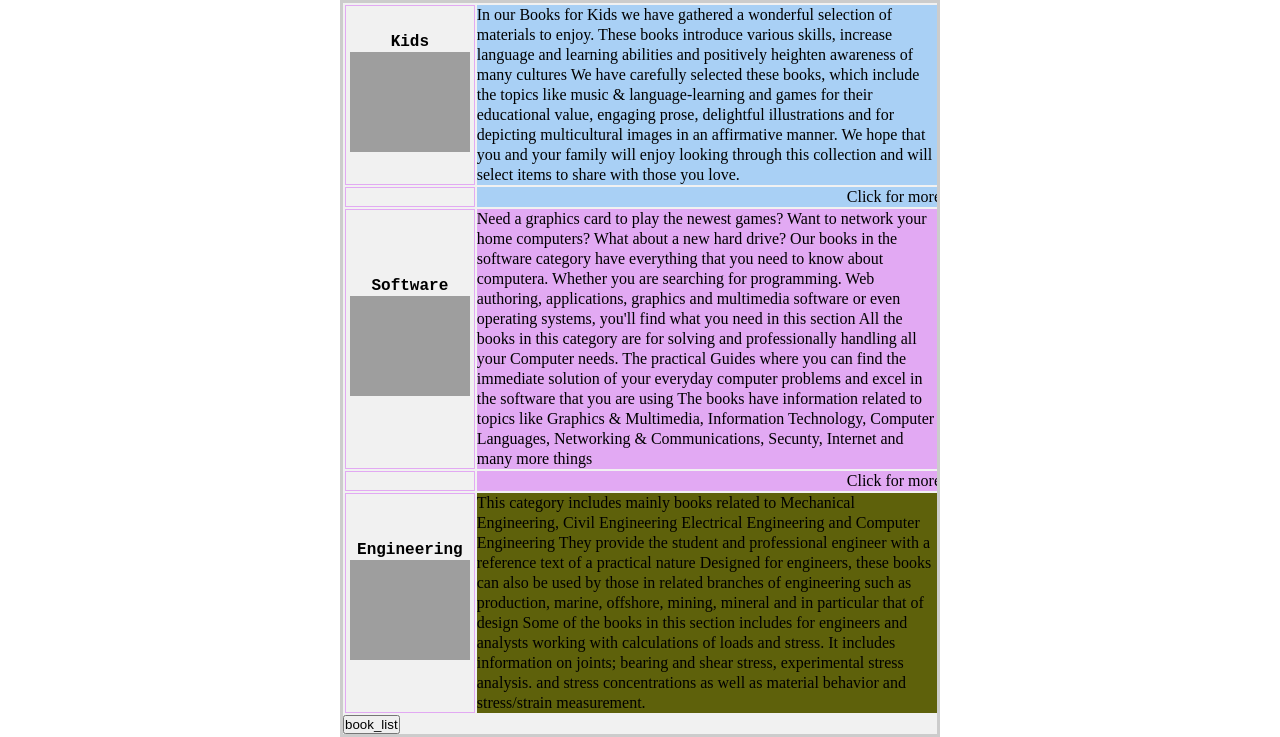
Repository: Helianthusss/Learn-CPP
Page: HTML/lap2/bai4/bai4.html
These files come from the project's save history. The page is drawn as it stood at one moment and after the next save; the edit follows.
The browser window is 1280 px wide. The pictures show the whole page.
Pictures or frames that could not be fetched are drawn as grey boxes.

Above is the page before, as saved 2021-10-10 08:33:53.

### HTML/lap2/bai4/bai4.html
<!DOCTYPE html>
<html lang="en">
  <head>
    <meta charset="UTF-8" />
    <meta http-equiv="X-UA-Compatible" content="IE=edge" />
    <meta name="viewport" content="width=device-width, initial-scale=1.0" />
    <title>Document</title>
    <link rel="stylesheet" href="bai4.css" />
  </head>
  <body>
    <div class="tab">
      <table>
        <tr id="tb1">
          <td class="tb12">
            <b> Kids</b>
            <img
              src="https://image.freepik.com/free-vector/children-day-draw-icon-collection_23-2147527765.jpg"
              width="120px"
              height="100px"
            />
          </td>
          <td class="tb11">
            In our Books for Kids we have gathered a wonderful selection of
            materials to enjoy. These books introduce various skills, increase
            language and learning abilities and positively heighten awareness of
            many cultures We have carefully selected these books, which include
            the topics like music & language-learning and games for their
            educational value, engaging prose, delightful illustrations and for
            depicting multicultural images in an affirmative manner. We hope
            that you and your family will enjoy looking through this collection
            and will select items to share with those you love.
          </td>
        </tr>
        <tr id="tb2">
          <td class="tb22"></td>
          <td class="tb21">Click for more</td>
        </tr>
        <tr id="tb3">
          <td class="tb31">
            <b> Software</b>
            <img
              src="https://khoaluantotnghiep.com/wp-content/uploads/2019/10/hinh-anh-quan-ly-nha-truong-2.jpg"
              width="120px"
              height="100px"
            />
          </td>
          <td class="tb32">
            Need a graphics card to play the newest games? Want to network your
            home computers? What about a new hard drive? Our books in the
            software category have everything that you need to know about
            computera. Whether you are searching for programming. Web authoring,
            applications, graphics and multimedia software or even operating
            systems, you'll find what you need in this section All the books in
            this category are for solving and professionally handling all your
            Computer needs. The practical Guides where you can find the
            immediate solution of your everyday computer problems and excel in
            the software that you are using The books have information related
            to topics like Graphics & Multimedia, Information Technology,
            Computer Languages, Networking & Communications, Secunty, Internet
            and many more things
          </td>
        </tr>
        <tr id="tb4">
          <td class="tb42"></td>
          <td class="tb41">Click for more</td>
        </tr>
        <tr id="tb5">
          <td class="tb51">
            <b> Engineering</b>
            <img
              src="https://www.du-hoc.net/wp-content/uploads/2018/06/vietnamese-engineer.jpg"
              width="120px"
              height="100px"
            />
          </td>
          <td class="tb52">
            This category includes mainly books related to Mechanical
            Engineering, Civil Engineering Electrical Engineering and Computer
            Engineering They provide the student and professional engineer with
            a reference text of a practical nature Designed for engineers, these
            books can also be used by those in related branches of engineering
            such as production, marine, offshore, mining, mineral and in
            particular that of design Some of the books in this section includes
            for engineers and analysts working with calculations of loads and
            stress. It includes information on joints; bearing and shear stress,
            experimental stress analysis. and stress concentrations as well as
            material behavior and stress/strain measurement.
          </td>
        </tr>
      </table>
      <input type="submit" value="book_list" style="text-align: left" />
    </div>
  </body>
</html>

### HTML/lap2/bai4/bai4.css
* {
  padding: 0px;
  margin: 0px;
  box-sizing: border-box;
}
table {
  margin-left: auto;
  margin-right: auto;
  width: 600px;
  line-height: 20px;
}
.tab {
  overflow: hidden;
  border: 3px solid #ccc;
  background-color: #f1f1f1;
  margin-left: auto;
  margin-right: auto;
  width: 600px;
  overflow-x: scroll;
  overflow-y: scroll;
}

#tb1 .tb11 {
  text-align: left;
  background-color: #a9d0f5;
}
#tb1 .tb12 {
  font-family: "Courier New", Courier, monospace;
  text-align: center;

  border: 1px solid #e2a9f3;
}
#tb2 .tb21 {
  background-color: #a9d0f5;
  text-align: right;
}
#tb2 .tb22 {
  border: 1px solid #e2a9f3;
}
#tb3 .tb31 {
  text-align: center;
  font-family: "Courier New", Courier, monospace;
  border: 1px solid #e2a9f3;
}
#tb3 .tb32 {
  background-color: #e2a9f3;
}
#tb4 .tb41 {
  background-color: #e2a9f3;
  text-align: right;
}
#tb4 .tb42 {
  border: 1px solid #e2a9f3;
}
#tb5 .tb51 {
  font-family: "Courier New", Courier, monospace;
  text-align: center;
  border: 1px solid #e2a9f3;
}
#tb5 .tb52 {
  background-color: #5e610b;
}
#tb6 .tb61 {
  background-color: #5e610b;
  text-align: right;
}
#tb6 .tb61 {
  border: 1px solid #e2a9f3;
}

After the next save:
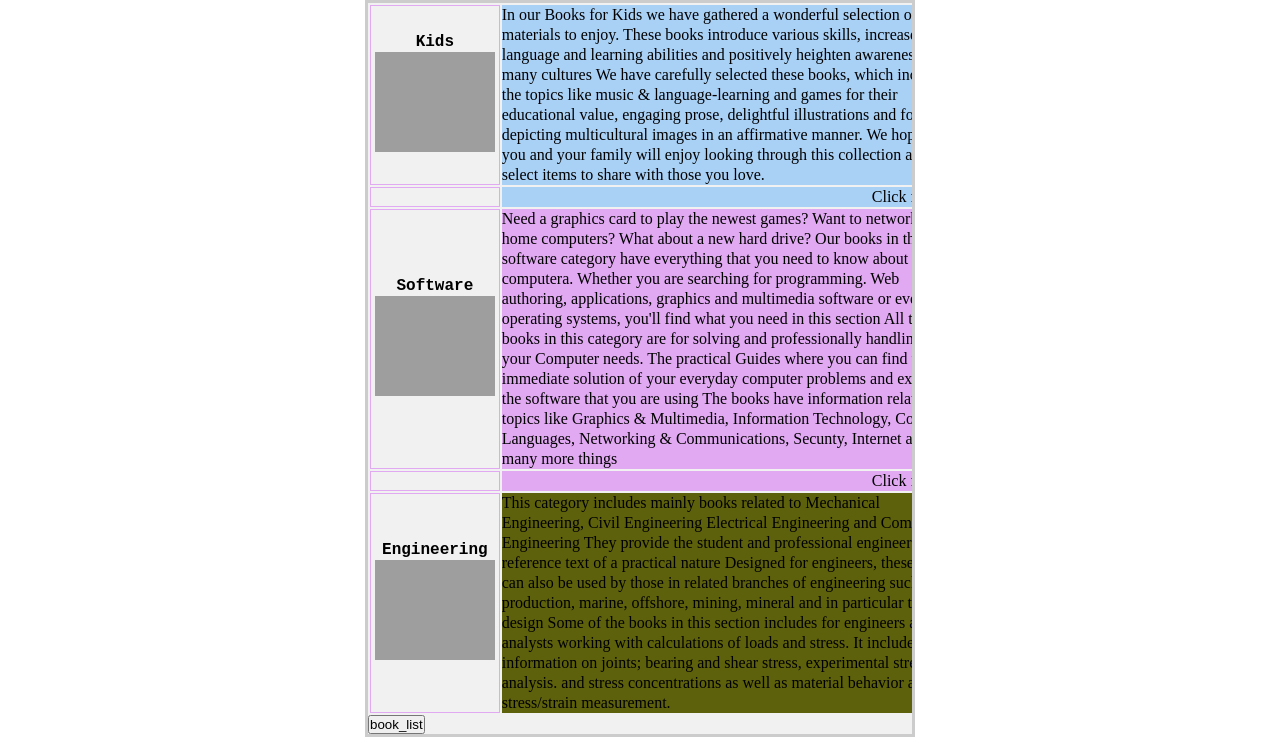
Saved 72 s later.
--- a/HTML/lap2/bai4/bai4.css
+++ b/HTML/lap2/bai4/bai4.css
@@ -15,7 +15,7 @@ table {
   background-color: #f1f1f1;
   margin-left: auto;
   margin-right: auto;
-  width: 600px;
+  width: 550px;
   overflow-x: scroll;
   overflow-y: scroll;
 }
